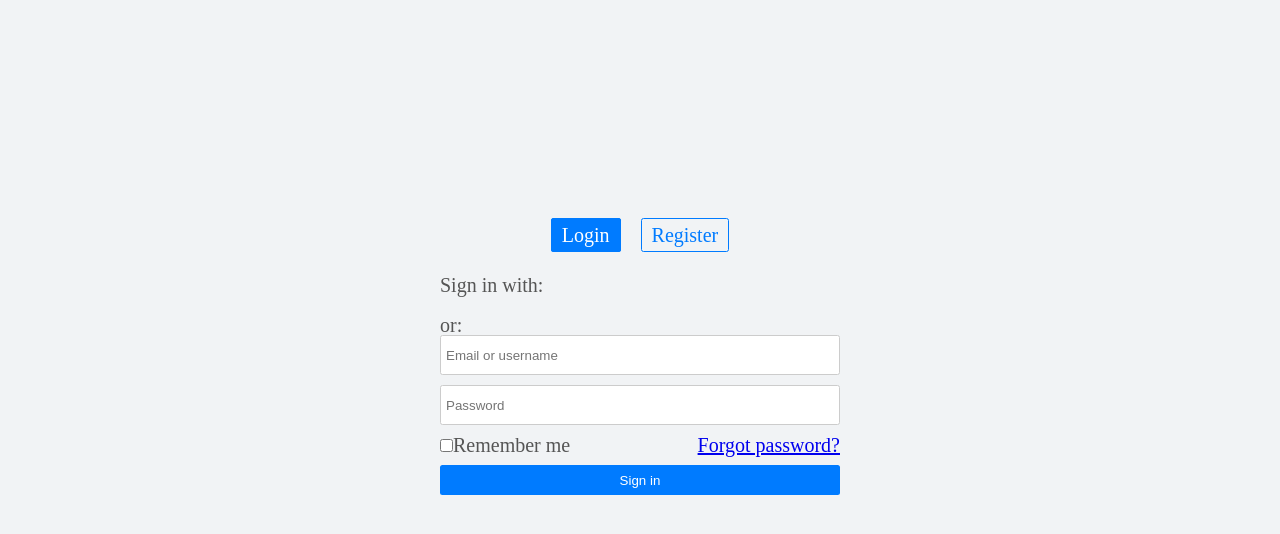
Repository: BitDanceLabels/Bumblebee_BDG
Page: /teacher-timetable
These files come from the project's save history. The page is drawn as it stood at one moment and after the next save; the edit follows.
The browser window is 1280 px wide. The pictures show the whole page.
The project was rebuilt for these pictures with package versions that can differ from the ones it lists, and the page was loaded fresh each time. Also part of the build but not shown: vite.config.js, src/components/General/Header.jsx, src/components/General/Navbar.jsx, src/components/Dashboard/ScheduleComponent.jsx, src/components/Management/Booking.jsx, src/components/modal/CreateStudentModal.jsx, src/components/Student/ListOfStudent.jsx, src/components/modal/CreateTeacherModal.jsx and 9 more. Imported but missing from the stored project, and not drawn on this page: src/components/modal/DeactiveStudentModal.

Above is the page before, as saved 2024-10-04 18:23:09.

After the next save:
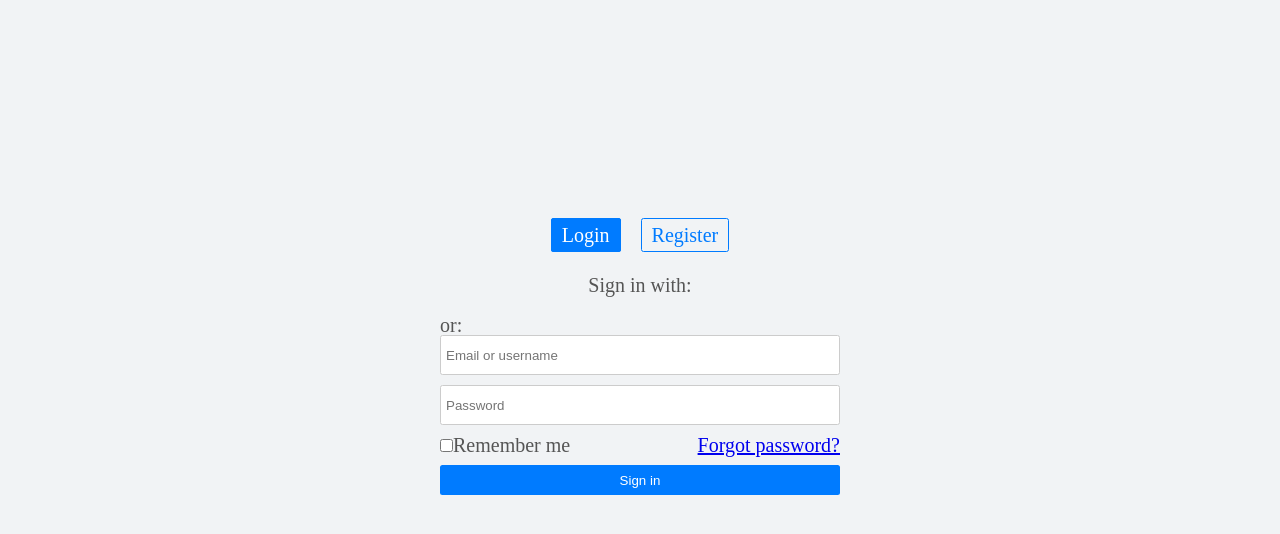
Saved 87 s later.
--- a/src/App.jsx
+++ b/src/App.jsx
@@ -136,7 +136,7 @@ function App() {
         <TabPane active={activeTab === 'login'}>
           <Form>
             <div className="text-center mb-3">
-              <p>Sign in with:</p>
+              <TextCustom>Sign in with:</TextCustom>
               <SocialButton>
                 <i className="fab fa-facebook-f"></i>
               </SocialButton>
